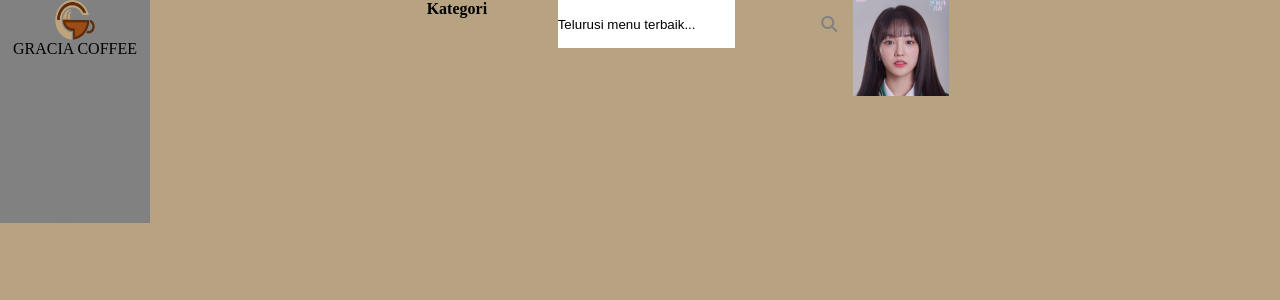
Repository: DanielChuaaa/sbd2
Page: index.html
These files come from the project's save history. The page is drawn as it stood at one moment and after the next save; the edit follows.
The browser window is 1280 px wide. The pictures show the whole page.
Some web libraries are served in a nearby version.

Above is the page before, as saved 2023-10-20 10:17:16.

### index.html
<!DOCTYPE html>
<html lang="en">
<head>
    <meta charset="UTF-8">
    <meta name="viewport" content="width=device-width, initial-scale=1.0">
    <title>Document</title>
    <link href="https://fonts.googleapis.com/css2?family=Roboto+Mono:wght@400;600;700&display=swap" rel="stylesheet" />
    <link
      rel="stylesheet"
      href="https://cdnjs.cloudflare.com/ajax/libs/font-awesome/6.1.2/css/all.min.css"
      integrity="sha512-1sCRPdkRXhBV2PBLUdRb4tMg1w2YPf37qatUFeS7zlBy7jJI8Lf4VHwWfZZfpXtYSLy85pkm9GaYVYMfw5BC1A=="
      crossorigin="anonymous"
      referrerpolicy="no-referrer"
    />
    <link rel="stylesheet" href="style.css">
</head>
<body>
    <div class="container">
        <div class="grid-wrapper">
            <div class="icon">
                <img src="/assets/logo projek SBD 1.png" width="40px" height="40px" alt="logo">
                <p>GRACIA COFFEE</p>
                <a href="#"><i class="fa-solid fa-house fa-2xl"></i></a>
                <a href="#"><i class="fa-solid fa-bowl-food fa-2xl"></i></a>
                <a href="#"><i class="fa-solid fa-wifi fa-2xl"></i></a>
                <a href="#"><i class="fa-solid fa-gear fa-2xl"></i></a>
                <a href="#"><i class="fa-solid fa-right-from-bracket fa-2xl"></i></a>
            </div>

            <div class="content">
                <div class="nav">
                    <h4>Kategori</h4>
                    <input type="text" name="text" id="text" class="input" placeholder="Telurusi menu terbaik...">
                    <i class="fa-solid fa-magnifying-glass"></i>
                </div>

                <div class="menu"></div>
            </div>

            <div class="order">
                <img src="/assets/g_8___8_idola_cantik_berbakat_alumni_sm_entertainment_yang_sudah_debut_di_girlgroup_agensi_lain_p_eks_sm_trainee-20220408-001-non_fotografer_kly 1.png" alt="">
            </div>
        </div>
    </div>
</body>
</html>

### style.css
:root{
    --clr-primary-100: #B7A281;

    --clr-neutral-100: #818181;
    --clr-neutral-200: #A2A2A2;
    --clr-neutral-200: #D9D9D9;
    --clr-neutral-300: #F8F8F8;
    --clr-neutral-500:  #f1f1f1;

    --ff: "Roboto Mono", monospace;

    --fw-regular: 400;
    --fw-semi-bold: 600;
    --fw-bold: 700;
}

*{
    box-sizing: border-box;
    margin: 0;
    padding: 0;
}

body{
    background-color: #B7A281;
}

.grid-wrapper{
    display: grid;
    grid-template-columns: 1fr 1fr 1fr;
}

.icon{
    background: var(--clr-neutral-100);

    display: flex;
    flex-direction: column;
    justify-content: space-evenly;
    align-items: center;
    max-width: 150px;
}

.fa-solid{
    color: var(--clr-neutral-100);
    padding: 1rem;
}

.nav{
    display: flex;
    justify-content: space-between;
}

.input{
    border: none;

}

::placeholder{
    color: var(--clr-neutral-400);
}

After the next save:
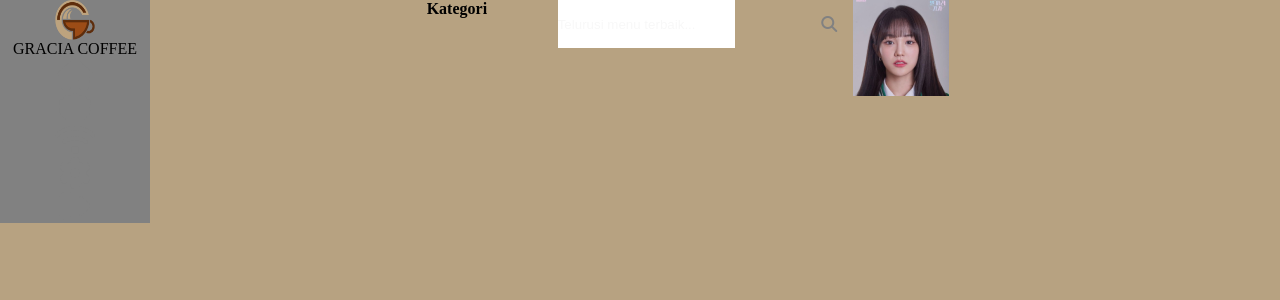
Saved 7 s later.
--- a/style.css
+++ b/style.css
@@ -3,8 +3,8 @@
 
     --clr-neutral-100: #818181;
     --clr-neutral-200: #A2A2A2;
-    --clr-neutral-200: #D9D9D9;
-    --clr-neutral-300: #F8F8F8;
+    --clr-neutral-300: #D9D9D9;
+    --clr-neutral-400: #F8F8F8;
     --clr-neutral-500:  #f1f1f1;
 
     --ff: "Roboto Mono", monospace;
